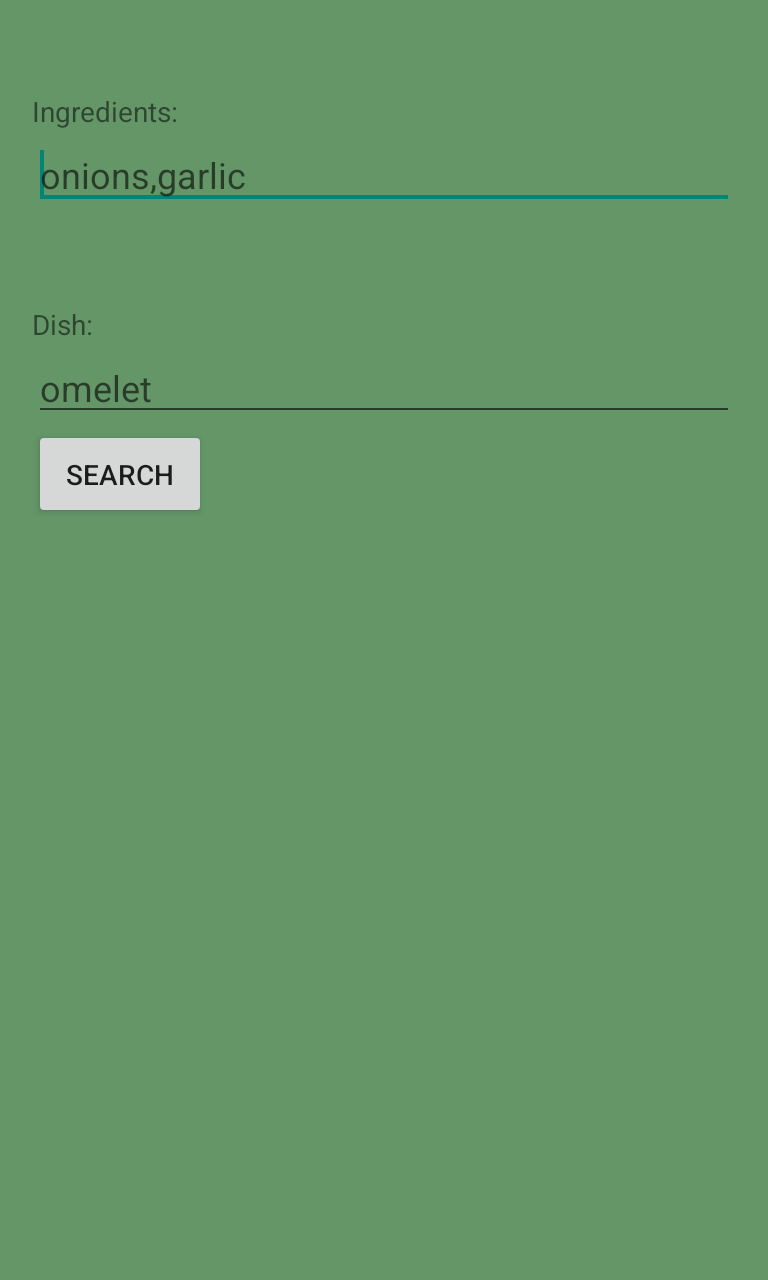
Repository: jerin-m-jose/Recipe-Puppy-Android
Layout: RecipePuppy/MagicRecipe/res/layout/fragment_search.xml
An editor plug-in stored every save of this project. The layout is shown before and after the next save, followed by the edit.
It is drawn on a 768 x 1280 px phone screen (xhdpi) without system bars, with theme AppTheme; the app's code is not run.

Above is the layout before, as saved 2014-10-03 14:28:14.

### RecipePuppy/MagicRecipe/res/layout/fragment_search.xml
<LinearLayout xmlns:android="http://schemas.android.com/apk/res/android"
    xmlns:tools="http://schemas.android.com/tools"
    android:layout_width="match_parent"
    android:layout_height="match_parent"
    android:background="@color/recipe_green"
    android:orientation="vertical"
    android:paddingBottom="@dimen/activity_vertical_margin"
    android:paddingLeft="@dimen/activity_horizontal_margin"
    android:paddingRight="@dimen/activity_horizontal_margin"
    android:paddingTop="@dimen/activity_vertical_margin"
    tools:context="com.jerin.magicrecipe.MainActivity$PlaceholderFragment" >

    <TextView
        android:id="@+id/ingredientsTextView"
        android:layout_width="wrap_content"
        android:layout_height="wrap_content"
        android:layout_marginTop="30dp"
        android:text="@string/search_ingredients" />

    <EditText
        android:id="@+id/ingredientsEditText"
        android:layout_width="match_parent"
        android:layout_height="wrap_content"
        android:ems="10"
        android:hint="@string/ingredients_search_hint" >

        <requestFocus />
    </EditText>

    <TextView
        android:id="@+id/dishTextView"
        android:layout_width="wrap_content"
        android:layout_height="wrap_content"
        android:layout_marginTop="46dp"
        android:text="@string/search_dish" />

    <EditText
        android:id="@+id/dishEditText"
        android:layout_width="match_parent"
        android:layout_height="wrap_content"
        android:ems="10"
        android:hint="@string/dish_search_hint" >
    </EditText>

    <Button
        android:id="@+id/searchButton"
        android:layout_width="wrap_content"
        android:layout_height="wrap_content"
        android:text="@string/search">
    </Button>

</LinearLayout>

### RecipePuppy/MagicRecipe/res/values/colors.xml
<?xml version="1.0" encoding="utf-8"?>
<resources>
    <color name="recipe_green">#649668</color>

</resources>

### RecipePuppy/MagicRecipe/res/values/strings.xml
<?xml version="1.0" encoding="utf-8"?>
<resources>

    <string name="app_name">Magic Recipe</string>
    <string name="title_section1">Today\'s Special</string>
    <string name="title_section2">Search Recipes</string>
    <string name="title_section3">Search Results</string>
    <string name="navigation_drawer_open">Open navigation drawer</string>
    <string name="navigation_drawer_close">Close navigation drawer</string>
    <string name="action_search_hint">Ingredients</string>
    <string name="action_search">Search</string>
    <string name="action_settings">Settings</string>
    <string name="recipe_image">Recipe Image</string>
    <string name="ingredients">Ingredients:</string>
    <string name="ingredients_search_hint">onions,garlic</string>
    <string name="dish_search_hint">omelet</string>
    <string name="search_ingredients">Ingredients:</string>
    <string name="search_dish">Dish:</string>
    <string name="search">Search</string>

</resources>

Loaded but not shown: RecipePuppy/MagicRecipe/res/values/styles.xml (common file); RecipePuppy/MagicRecipe/res/values-v11/styles.xml (common file); RecipePuppy/MagicRecipe/res/values-v14/styles.xml (common file); RecipePuppy/MagicRecipe/res/values/dimens.xml (common file); RecipePuppy/MagicRecipe/res/values-w820dp/dimens.xml (common file)

After the next save:
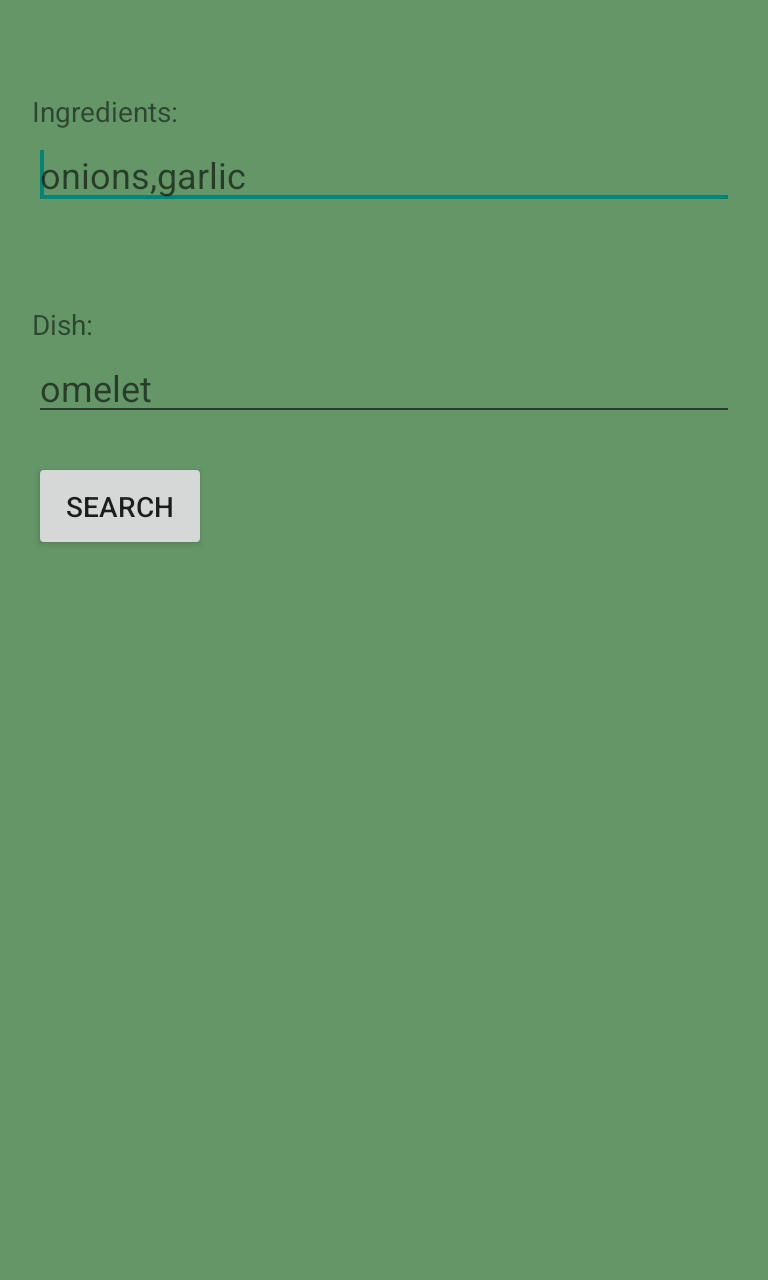
Saved 15 s later.
--- a/RecipePuppy/MagicRecipe/res/layout/fragment_search.xml
+++ b/RecipePuppy/MagicRecipe/res/layout/fragment_search.xml
@@ -43,6 +43,7 @@
     </EditText>
 
     <Button
+        android:layout_marginTop="16dp"
         android:id="@+id/searchButton"
         android:layout_width="wrap_content"
         android:layout_height="wrap_content"
